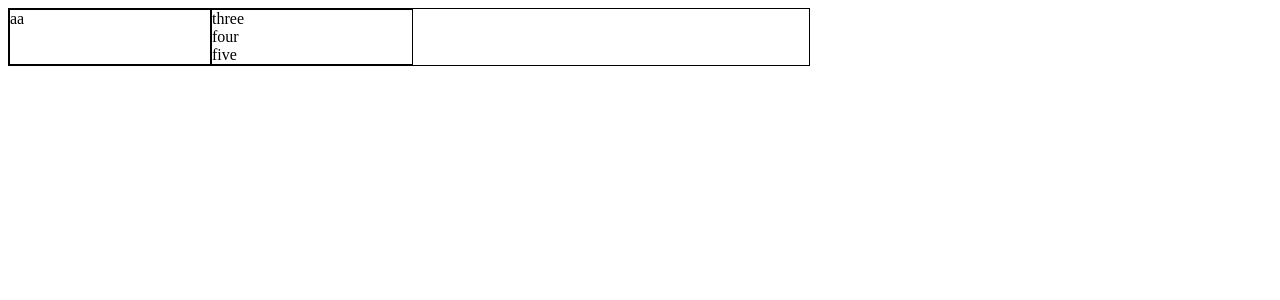
Repository: kpavankumaar/online_uk_class
Page: flex.html
These files come from the project's save history. The page is drawn as it stood at one moment and after the next save; the edit follows.
The browser window is 1280 px wide. The pictures show the whole page.

Above is the page before, as saved 2022-01-12 14:27:58.

After the next save:
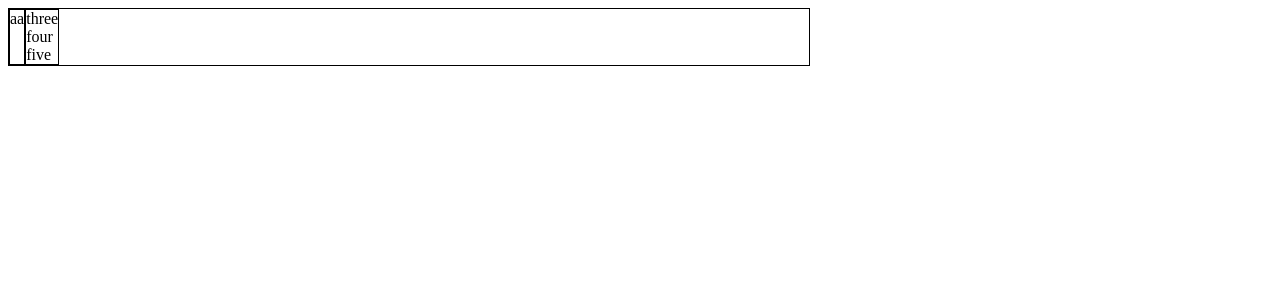
Saved 3 min 20 s later.
--- a/flex.html
+++ b/flex.html
@@ -14,7 +14,10 @@
         }
         div.box{
             border:1px solid black;
-            flex-basis: 200px;
+            /* flex-basis: 200px; */
+            flex-grow:0;
+            flex-shrink:1;
+            flex-basis:0;
             /* flex-grow: 1; */
             /* flex-shrink: 0; */
             /* width:400px; */
